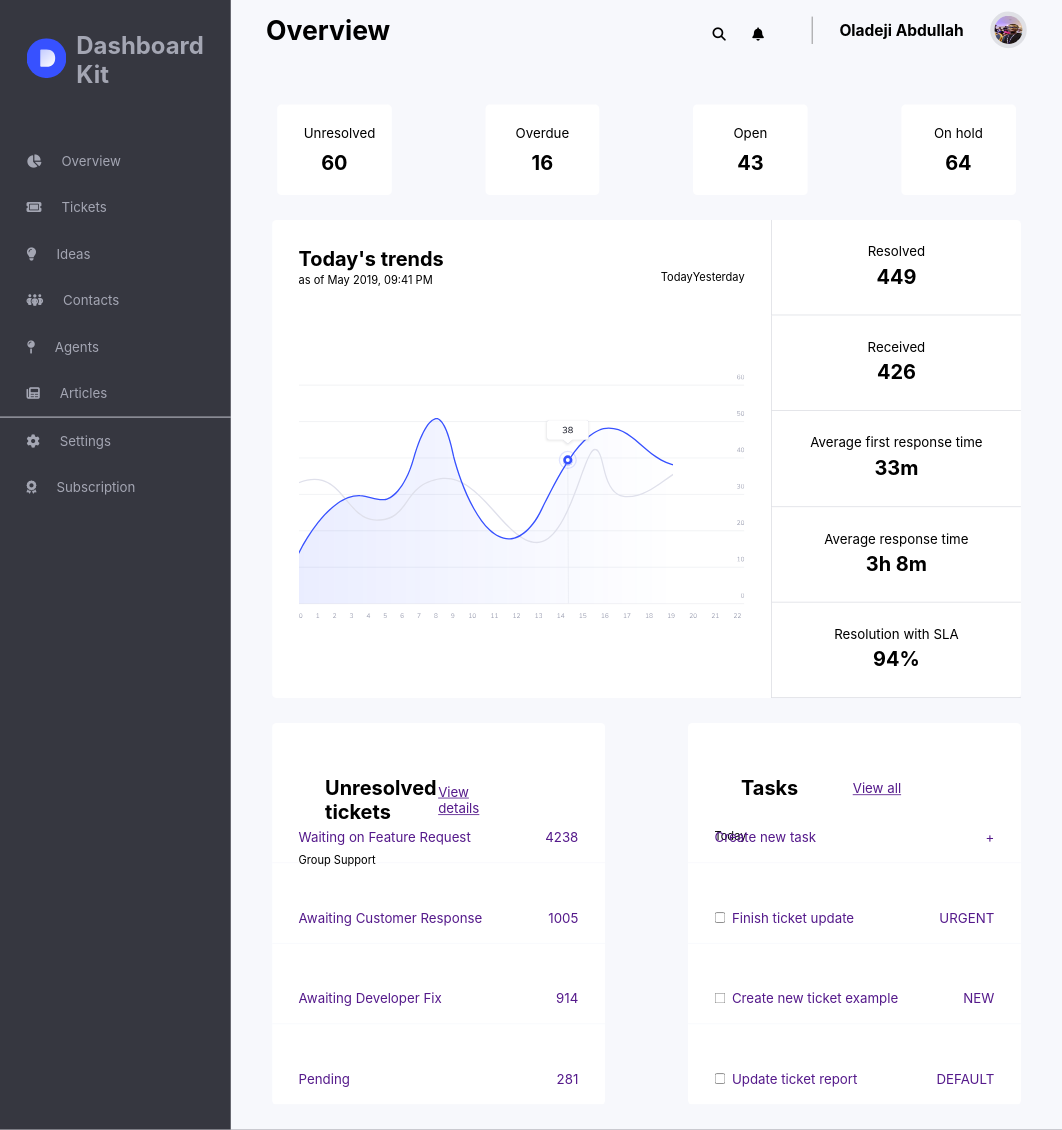
Repository: BuduCE/dashboard
Page: /
The author's editor kept a copy of each file at every save. The page is drawn from the files as they stood at one save, then again after a run of saves.
The browser window is 1280 px wide. The pictures show the whole page, at 83% of full size.
Some web libraries are served in a nearby version. The project was rebuilt for these pictures with package versions that can differ from the ones it lists, and the page was loaded fresh each time. Also part of the build but not shown: src/pages/Tickets/index.jsx, src/components/common/Logo/styles.css.

Above is the page before, as saved 2022-08-06 00:20:30.

After the next 2 saves:
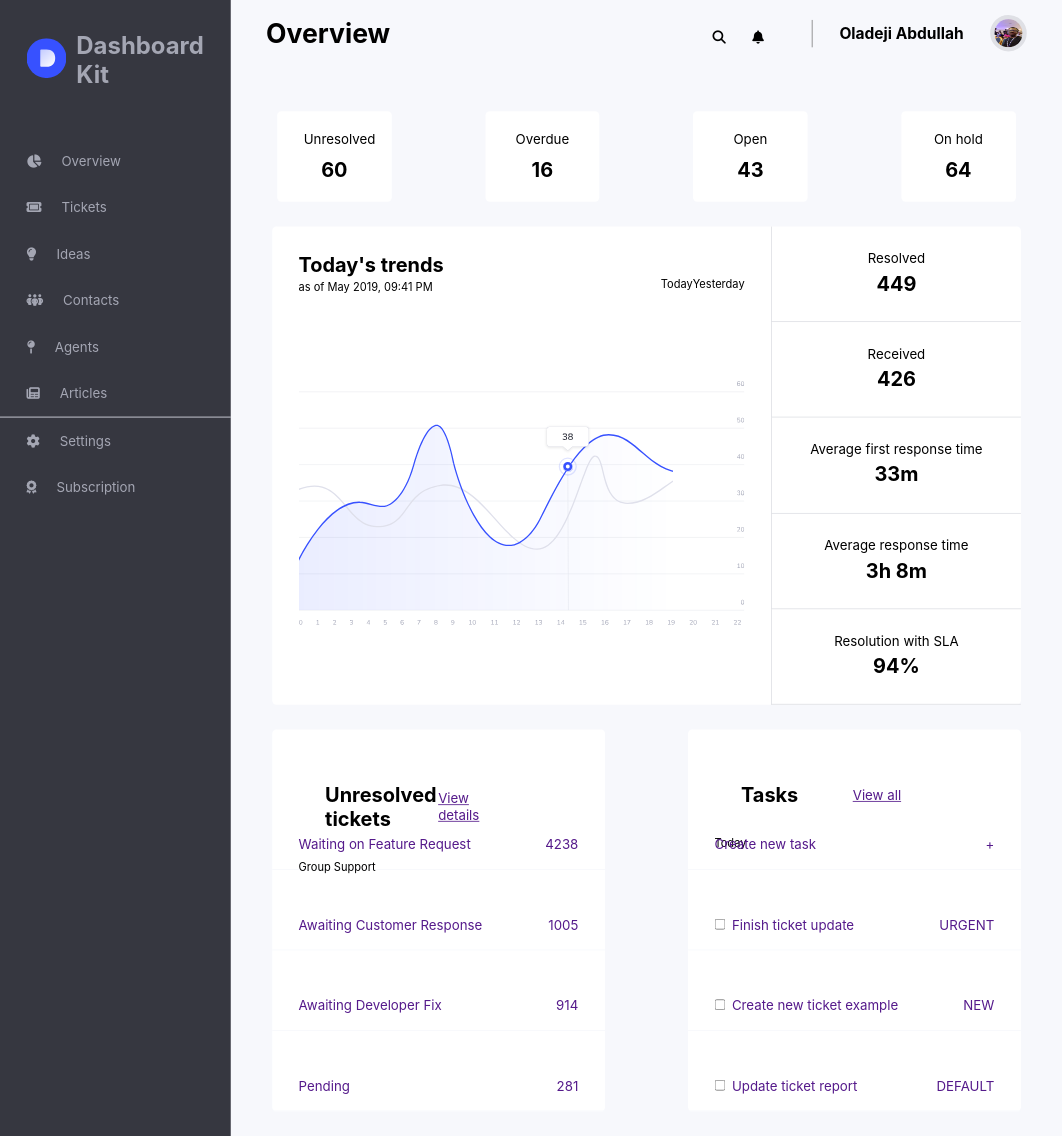
The 2 saves are shown as one change because they came seconds apart.
The last was saved 78 s later.
--- a/src/components/common/Header/styles.css
+++ b/src/components/common/Header/styles.css
@@ -3,7 +3,7 @@
     justify-content: space-between;
     width: 100%;
     height: 10vh;
-    padding: 36px 43px;
+    padding: 40px 43px;
     align-items: center;
 }
 .headerR{
